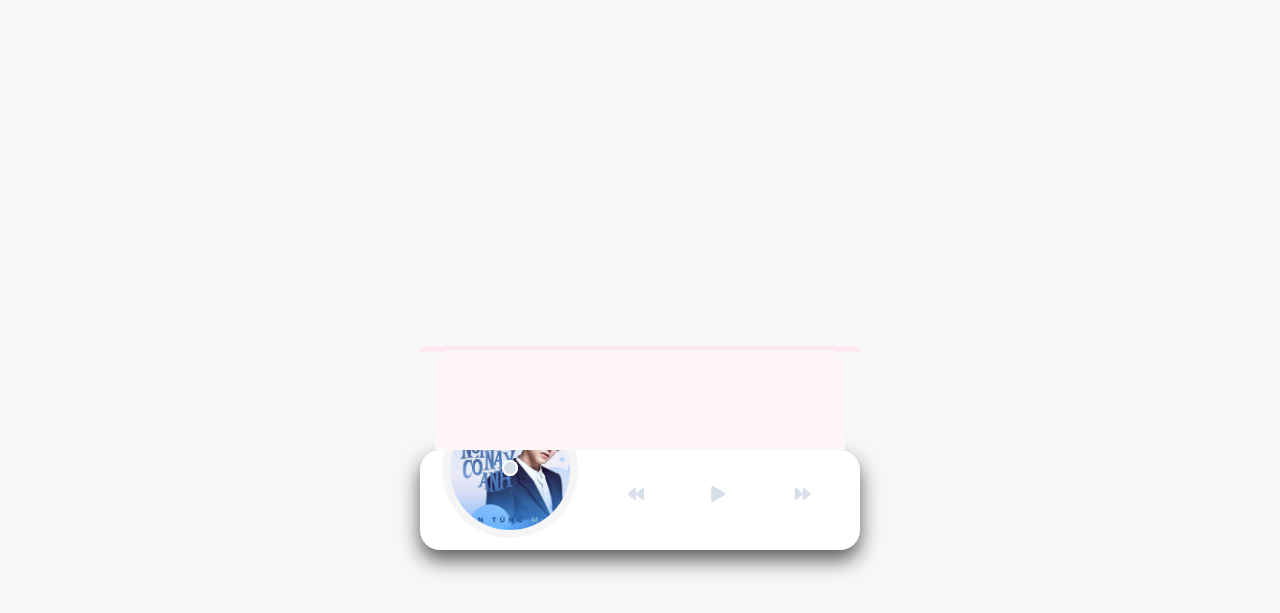
Repository: nguyentien110-fe/Music_Player_Demo
Page: index.html
An editor plug-in stored every save of this project. The page is shown before and after the next save, followed by the edit.
The browser window is 1280 px wide. The pictures show the whole page.

Above is the page before, as saved 2021-08-29 21:59:42.

After the next save:
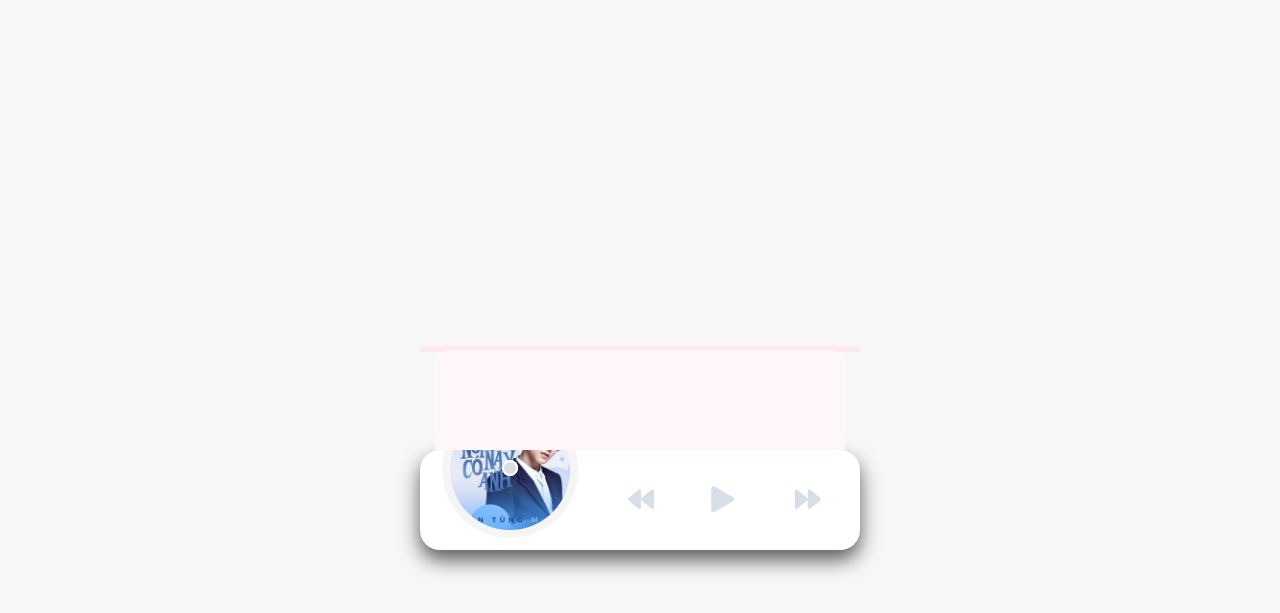
Saved 8 s later.
--- a/style.css
+++ b/style.css
@@ -257,5 +257,6 @@
 
 .button i {
     display: block;
-    color: #d6dee7
-}
+    color: #d6dee7;
+    font-size: 26px;
+}
